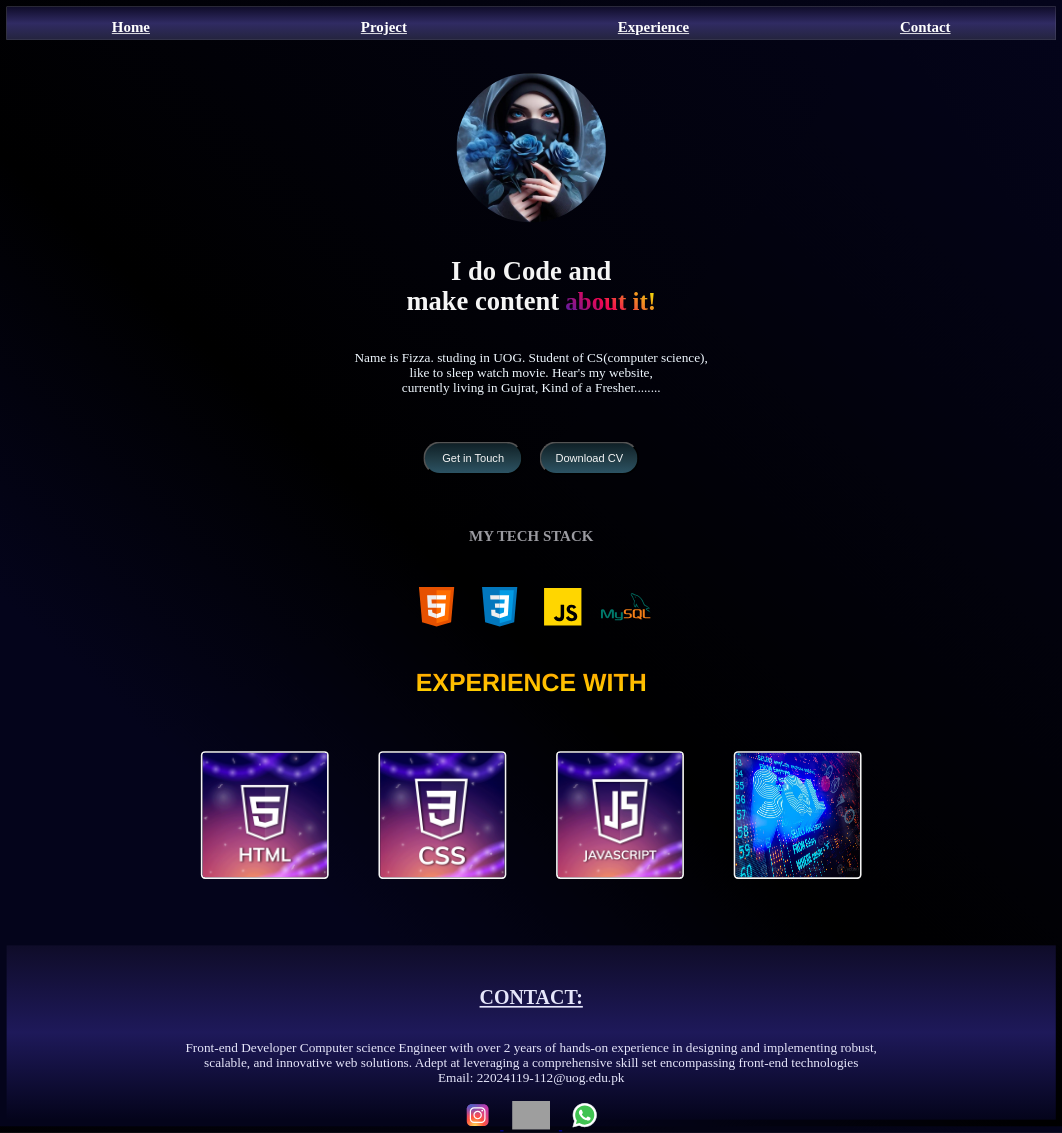
Repository: Fizza-112/portfolio
Page: index.html
An editor plug-in stored every save of this project. The page is shown before and after a run of saves, followed by the edit.
The browser window is 1280 px wide. The pictures show the whole page, at 83% of full size.
Pictures or frames that could not be fetched are drawn as grey boxes.

Above is the page before, as saved 2024-09-06 13:55:32.

After the next 5 saves:
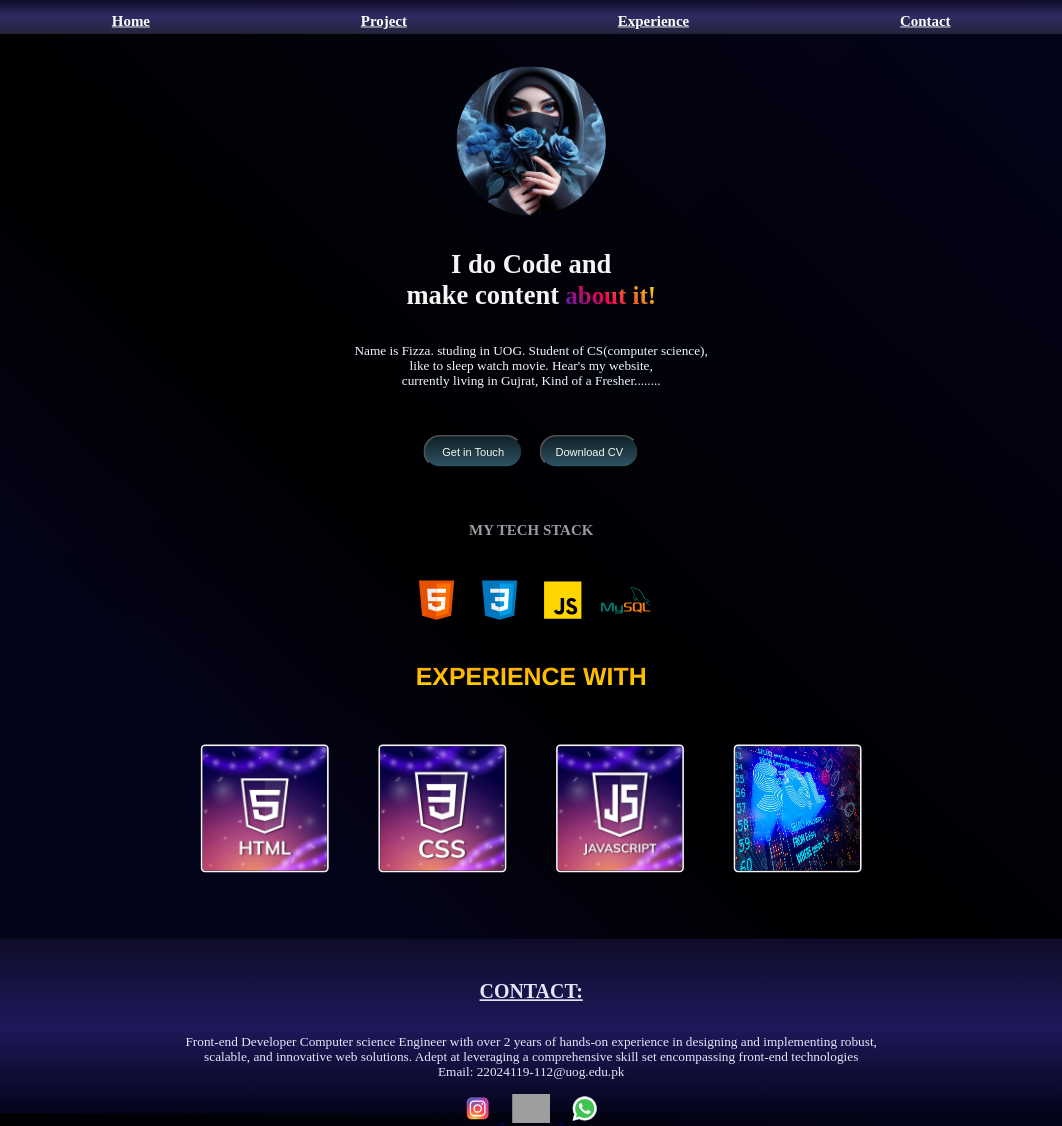
The 5 saves are shown as one change because they came seconds apart.
The last was saved 14 s later.
--- a/style.css
+++ b/style.css
@@ -1,6 +1,7 @@
 body{
     background-image: linear-gradient(43deg, #04041b 25%, #000000 46%, #04041b 100%);
-    margin
+    margin:0px;
+    padding: 0px;
 }
 @media (max-width: 768px){
 
